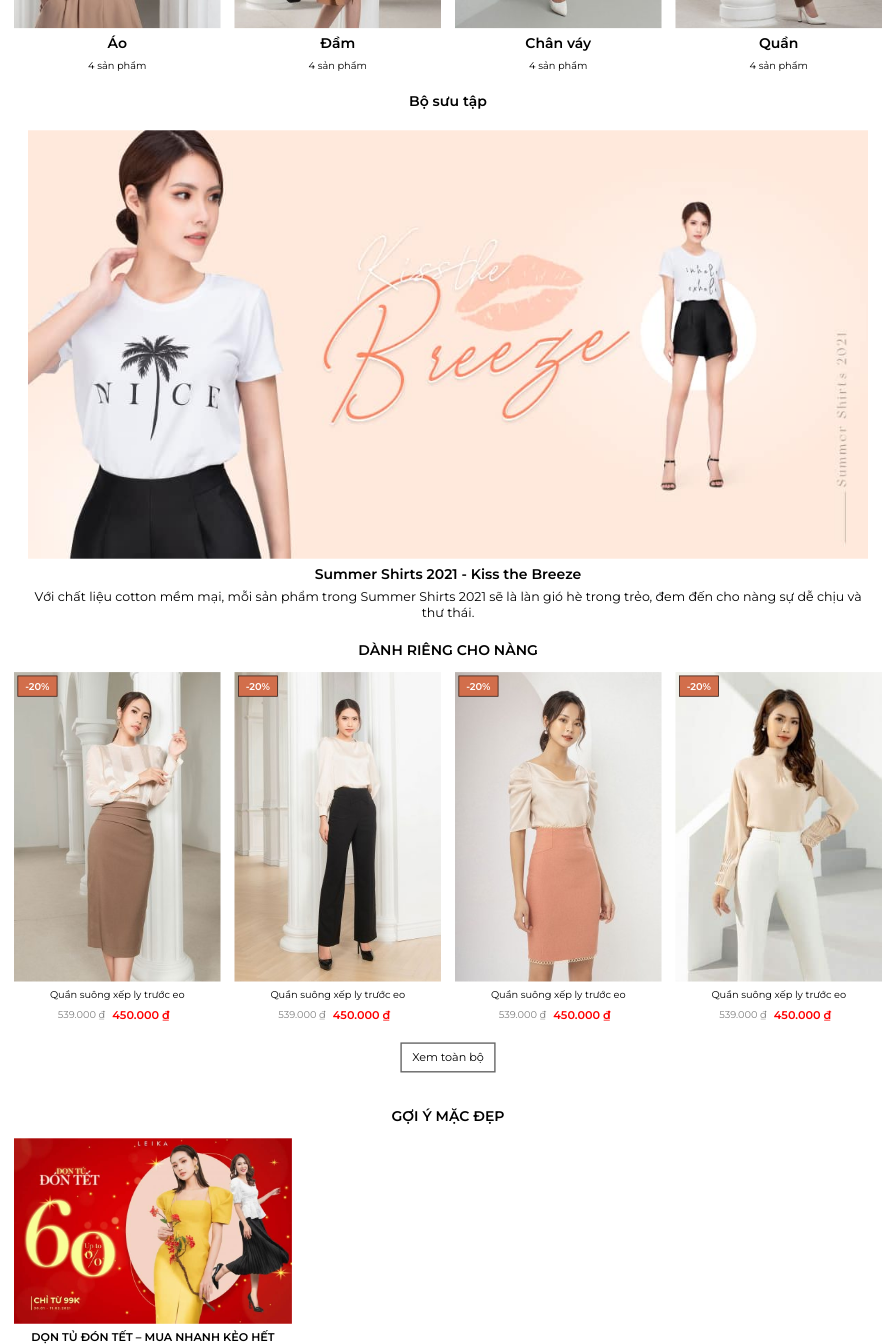
Repository: Nguyenductuan-dev/bt_j2team
Page: index.html
These files come from the project's save history. The page is drawn as it stood at one moment and after the next save; the edit follows.
The browser window is 1280 px wide. The pictures show the part of the page from y = 1783 to 3703 px (the page is 3703 px tall), at 70% of full size.

Above is the page before, as saved 2021-12-12 17:25:26.

### index.html
<!DOCTYPE html>
<html lang="en">
<head>
    <meta charset="UTF-8">
    <meta http-equiv="X-UA-Compatible" content="IE=edge">
    <meta name="viewport" content="width=device-width, initial-scale=1.0">
    <link rel="stylesheet" href="css/style.css">
    <link rel="stylesheet" href="./fonts/fontawesome-free-5.15.3-web/css/all.min.css">

    <link rel="preconnect" href="https://fonts.googleapis.com">
    <link rel="preconnect" href="https://fonts.gstatic.com" crossorigin>
    <link href="https://fonts.googleapis.com/css2?family=Montserrat:ital,wght@0,200;0,300;0,400;0,500;0,600;0,700;1,600&display=swap" rel="stylesheet">
    <title>Document</title>
</head>
<body>

    <div class="wrapper">

        <!-- HEADER -->
        <div class="header">

            <div class="header__logo">
                <a class="header__logo_link" href="">
                    <img class="header__logo_img" src="./images/logo.png" alt="">
                </a>
            </div>

            <nav class="header__navbar">
                <ul class="header__navbar_list">
                    <li class="header__navbar_item">
                        <a href="" class="header__navbar_link">Trang chủ</a>
                    </li>
                    <li class="header__navbar_item">
                        <a href="" class="header__navbar_link">Sản phẩm</a>
                    </li>
                    <li class="header__navbar_item">
                        <a href="" class="header__navbar_link">Khuyến mại</a>
                    </li>
                    <li class="header__navbar_item">
                        <a href="" class="header__navbar_link">Tin tức</a>
                    </li>
                    <li class="header__navbar_item">
                        <a href="" class="header__navbar_link">hệ thống cửa hàng</a>
                    </li>
                </ul>
            </nav>

            <div class="header__right">
                <div class="header__search">
                    <i class="fas fa-search header__search-icon"></i>
                </div>

                <div class="header__user">
                    <i class="fas fa-user header__user-icon"></i>
                </div>

                <div class="header__cart">
                    <div class="header__cart_price">
                        0 ₫
                    </div>
                    <div class="header__cart">
                        <i class="fas fa-shopping-cart header__cart_icon"></i>
                    </div>
                </div>
            </div>

        </div>

        <!-- CONTAINER -->
        <div class="container">

            <div class="banner">
                <div class="banner__link">
                    <img src="./images/banner.jpg" alt="" class="banner__img">
                </div>
            </div>
            <!-- Product -->
            <div class="home__product">
                <div class="home__product-heading">
                    <h3 class="home__product-heading-title">
                        TOP SẢN PHẨM MỚI
                    </h3>
                    <p class="home__product-heading-description">
                        Cô nàng hiện đại không thể bỏ lỡ
                    </p>
                </div>
                <div class="home__product-list">
                    <div class="home__product-item">
                        <a href="" class="home__product-item__link">
                            <img src="./images/product1.jpg" alt="" class="home__product-item__img">
                        </a>

                        <a href="">
                            <h3 class="home__product-item__title">
                                Quần suông xếp ly trước eo
                            </h3>
                        </a>
                        <div class="home__product-item__price">
                            <span class="home-product-item__price-old">539.000 ₫</span>
                            <span class="home-product-item__price-current">450.000 ₫</span>
                        </div>

                        <div class="home-product-item__sale-off">
                            <span>-20%</span>
                        </div>

                    </div>
                    <div class="home__product-item">
                        <a href="" class="home__product-item__link">
                            <img src="./images/product2.jpg" alt="" class="home__product-item__img">
                        </a>

                        <a href="">
                            <h3 class="home__product-item__title">
                                Quần suông xếp ly trước eo
                            </h3>
                        </a>
                        <div class="home__product-item__price">
                            <span class="home-product-item__price-old">539.000 ₫</span>
                            <span class="home-product-item__price-current">450.000 ₫</span>
                        </div>

                        <div class="home-product-item__sale-off">
                            <span>-20%</span>
                        </div>

                    </div>
                    <div class="home__product-item">
                        <a href="" class="home__product-item__link">
                            <img src="./images/product3.jpg" alt="" class="home__product-item__img">
                        </a>

                        <a href="">
                            <h3 class="home__product-item__title">
                                Quần suông xếp ly trước eo
                            </h3>
                        </a>
                        <div class="home__product-item__price">
                            <span class="home-product-item__price-old">539.000 ₫</span>
                            <span class="home-product-item__price-current">450.000 ₫</span>
                        </div>

                        <div class="home-product-item__sale-off">
                            <span>-20%</span>
                        </div>

                    </div>
                    <div class="home__product-item">
                        <a href="" class="home__product-item__link">
                            <img src="./images/product4.jpg" alt="" class="home__product-item__img">
                        </a>

                        <a href="">
                            <h3 class="home__product-item__title">
                                Quần suông xếp ly trước eo
                            </h3>
                        </a>
                        <div class="home__product-item__price">
                            <span class="home-product-item__price-old">539.000 ₫</span>
                            <span class="home-product-item__price-current">450.000 ₫</span>
                        </div>

                        <div class="home-product-item__sale-off">
                            <span>-20%</span>
                        </div>
                    </div>
                </div>

                <div class="home__product-total">
                    <a href="" class="home__product-total-link">Xem toàn bộ</a>
                </div>
            </div>

            <!-- Catalogue -->
            <div class="home__catalogue">
                <h3 class="home__catalogue-heading">
                    NHÓM SẢN PHẨM ĐƯỢC QUAN TÂM NHẤT
                </h3>

                <div class="home__catalogue-list">
                    <div class="home__catalogue-item">
                        <a class="home__catalogue-link" href="">
                            <img class="home__catalogue-img" src="./images/catalogue1.jpg" alt="">
                            <h3 class="home__catalogue-title">Áo</h3>
                            <p class="home__catalogue-quantily">4 sản phẩm</p>
                        </a>
                    </div>
                    <div class="home__catalogue-item">
                        <a class="home__catalogue-link" href="">
                            <img class="home__catalogue-img" src="./images/catalogue2.jpg" alt="">
                            <h3 class="home__catalogue-title">Đầm</h3>
                            <p class="home__catalogue-quantily">4 sản phẩm</p>
                        </a>
                    </div>
                    <div class="home__catalogue-item">
                        <a class="home__catalogue-link" href="">
                            <img class="home__catalogue-img" src="./images/catalogue3.jpg" alt="">
                            <h3 class="home__catalogue-title">Chân váy</h3>
                            <p class="home__catalogue-quantily">4 sản phẩm</p>
                        </a>
                    </div>
                    <div class="home__catalogue-item">
                        <a class="home__catalogue-link" href="">
                            <img class="home__catalogue-img" src="./images/catalogue4.jpg" alt="">
                            <h3 class="home__catalogue-title">Quần</h3>
                            <p class="home__catalogue-quantily">4 sản phẩm</p>
                        </a>
                    </div>
                </div>
            </div>

            <!-- Collection -->
            <div class="home__collection">
                <h3 class="home__collection-heading">
                    Bộ sưu tập
                </h3>
                <a href="" class="home__collection-link">
                    <img src="./images/banner2.jpg" alt="" class="home__collection-img">
                    <h3 class="home__collection-title">
                        Summer Shirts 2021 - Kiss the Breeze
                    </h3>
                    <p class="home__collection-description">
                        Với chất liệu cotton mềm mại, mỗi sản phẩm trong Summer Shirts 2021 sẽ là làn gió hè trong trẻo,
                        đem đến cho nàng sự dễ chịu và thư thái.
                    </p>
                </a>
            </div>

            <!-- Product -->
            <div class="home__product">
                <div class="home__product-heading">
                    <h3 class="home__product-heading-title">
                        DÀNH RIÊNG CHO NÀNG
                    </h3>
                </div>
                <div class="home__product-list">
                    <div class="home__product-item">
                        <a href="" class="home__product-item__link">
                            <img src="./images/product1.jpg" alt="" class="home__product-item__img">
                        </a>

                        <a href="">
                            <h3 class="home__product-item__title">
                                Quần suông xếp ly trước eo
                            </h3>
                        </a>
                        <div class="home__product-item__price">
                            <span class="home-product-item__price-old">539.000 ₫</span>
                            <span class="home-product-item__price-current">450.000 ₫</span>
                        </div>

                        <div class="home-product-item__sale-off">
                            <span>-20%</span>
                        </div>

                    </div>
                    <div class="home__product-item">
                        <a href="" class="home__product-item__link">
                            <img src="./images/product2.jpg" alt="" class="home__product-item__img">
                        </a>

                        <a href="">
                            <h3 class="home__product-item__title">
                                Quần suông xếp ly trước eo
                            </h3>
                        </a>
                        <div class="home__product-item__price">
                            <span class="home-product-item__price-old">539.000 ₫</span>
                            <span class="home-product-item__price-current">450.000 ₫</span>
                        </div>

                        <div class="home-product-item__sale-off">
                            <span>-20%</span>
                        </div>

                    </div>
                    <div class="home__product-item">
                        <a href="" class="home__product-item__link">
                            <img src="./images/product3.jpg" alt="" class="home__product-item__img">
                        </a>

                        <a href="">
                            <h3 class="home__product-item__title">
                                Quần suông xếp ly trước eo
                            </h3>
                        </a>
                        <div class="home__product-item__price">
                            <span class="home-product-item__price-old">539.000 ₫</span>
                            <span class="home-product-item__price-current">450.000 ₫</span>
                        </div>

                        <div class="home-product-item__sale-off">
                            <span>-20%</span>
                        </div>

                    </div>
                    <div class="home__product-item">
                        <a href="" class="home__product-item__link">
                            <img src="./images/product4.jpg" alt="" class="home__product-item__img">
                        </a>

                        <a href="">
                            <h3 class="home__product-item__title">
                                Quần suông xếp ly trước eo
                            </h3>
                        </a>
                        <div class="home__product-item__price">
                            <span class="home-product-item__price-old">539.000 ₫</span>
                            <span class="home-product-item__price-current">450.000 ₫</span>
                        </div>

                        <div class="home-product-item__sale-off">
                            <span>-20%</span>
                        </div>
                    </div>
                </div>

                <div class="home__product-total">
                    <a href="" class="home__product-total-link">Xem toàn bộ</a>
                </div>
            </div>

            <!-- BLOG -->
            <div class="home__blog">

                <h3 class="home__blog-heading">
                    Gợi ý mặc đẹp
                </h3>

                <div class="home__blog-list">
                    <a href="" class="home__blog-item">
                        <img src="./images/blog1.jpg" alt="" class="home__blog-img">
                        <h3 class="home__blog-title">
                            DỌN TỦ ĐÓN TẾT – MUA NHANH KẺO HẾT
                        </h3>
                    </a>
                </div>
            </div>
        </div>

    </div>

    <script src="javascript/main.js"></script>
</body>
</html>

### css/style.css
* {
    margin: 0;
    padding: 0;
    box-sizing: border-box;
    outline: 0;
}

img {
    display: block;
    max-width: 100%;
    margin: 0;
}

a {
    text-decoration: none;
    color: inherit;
}

h1, h2, h3, h4, h5, h6 {
    font-size: 14px;
    font-weight: 400;
}

p, ul {
    margin: 0;
    padding: 0;
}

body {
    font-family: "Montserrat", sans-serif;
    font-weight: 400;
    font-size: 14px;
}


.header {
    display: flex;
    justify-content: space-between;
    align-items: center;
    padding: 20px;
    flex-wrap: wrap;
    border-bottom: 1px solid #ccc;
}
.header__navbar {
    flex: 1;
}

.header__navbar_list {
    display: flex;
    list-style: none;
    font-size: 14px;
    text-transform: uppercase;
    font-weight: 600;
}
.header__navbar_item {
    padding: 0 20px;
}

.header__right {
    display: flex;
    justify-content: space-between;
    flex-wrap: wrap;
    width: 150px;
    align-items: center;
}

.header__search-icon,
.header__user-icon,
.header__cart_icon{
    font-size: 20px;
    font-weight: 300;
}
.header__cart {
    display: flex;
    justify-content: space-between;

}
.header__user {
    padding: 3px 15px;
    border-left: 1px solid #ccc;
    border-right: 1px solid #ccc;

}
.header__cart_price {
    padding: 0 5px;
    font-size: 14px;
}

/* CONTAINER */
.home__product {
    margin-top: 30px;
}
.home__product-heading {
    text-align: center;
}
.home__product-heading-title {
    font-size: 20px;
    font-weight: 600;
    text-transform: uppercase;
    margin-bottom: 10px;
}

.home__product-heading-description {
    font-size: 16px;
}

.home__product-list {
    margin-top:  20px;
    display: grid;
    grid-template-columns: 1fr 1fr 1fr 1fr;
    grid-gap: 20px;
    padding: 0 20px;
}
.home__product-item {
    position: relative;
}
.home__product-item__img {
    width: 100%;
    margin-bottom: 10px;
}
.home__product-item__title {
    font-size: 14px;
    text-align: center;
    margin-bottom: 10px;
}

.home__product-item__price {
    display: flex;
    justify-content: center;
}
.home-product-item__price-old {
    font-size: 14px;
    color: gray;
}
.home-product-item__price-current {
    font-size: 16px;
    color: red;
    font-weight: 600;
    padding: 0 10px;
}
.home-product-item__sale-off {
    position:absolute;
    top:5px;
    left: 5px;
    padding: 5px 10px;
    background-color: #d26e4b;
    color: #fff;
    font-weight: 600;
    border: 1px solid #222;
}
.home__product-total {
    margin-top: 30px;
    text-align: center;
}
.home__product-total-link {
    display: inline-block;
    font-size: 16px;
    padding: 10px 15px;
    border: 2px solid #666;
}

/* CATALOGUE */

.home__catalogue {
    margin-top: 50px;
}

.home__catalogue-heading {
    text-align: center;
    font-size: 20px;
    font-weight: 600;
}
.home__catalogue-list {
    margin-top:  20px;
    display: grid;
    grid-template-columns: 1fr 1fr 1fr 1fr;
    grid-gap: 20px;
    padding: 0 20px;
}
.home__catalogue-link {
    display: block;
}
.home__catalogue-img {
    width: 100%;
    margin-bottom: 10px;
}
.home__catalogue-title {
    font-size: 20px;
    font-weight: 600;
    text-align: center;
    margin-bottom: 10px;

}
.home__catalogue-quantily {
    text-align: center;
    font-size: 14px;
}

/* COLECTTION */
.home__collection {
    max-width: 1200px;
    margin: 30px auto;
}
.home__collection-heading {
    font-size: 20px;
    font-weight: 600;
    text-align: center;
}
.home__collection-link {
    display: block;
    margin-top: 30px;
}
.home__collection-img {
    width: 100%;
    margin-bottom: 10px;
}
.home__collection-title {
    font-weight: 600;
    font-size: 20px;
    text-align: center;
    margin-bottom: 10px;
}
.home__collection-description {
    font-size: 18px;
    text-align: center;
}
.home__blog {
    margin-top: 50px;
}
.home__blog-heading {
    font-size: 20px;
    font-weight: 600;
    text-align: center;
    text-transform: uppercase;
    margin-bottom: 20px;
}
.home__blog-list {
    display: flex;
    justify-content: space-between;
    padding: 0 20px;
}
.home__blog-item {
    width: 32%;
    display: block;
}
.home__blog-img {
    width: 100%;
    margin-bottom: 10px;
}
.home__blog-title {
    font-size: 16px;
    font-weight: 600;
    text-align: center;
}

Loaded but not shown: fonts/fontawesome-free-5.15.3-web/css/all.min.css (library); javascript/main.js (no stored copy; drawn as an empty file)

After the next save:
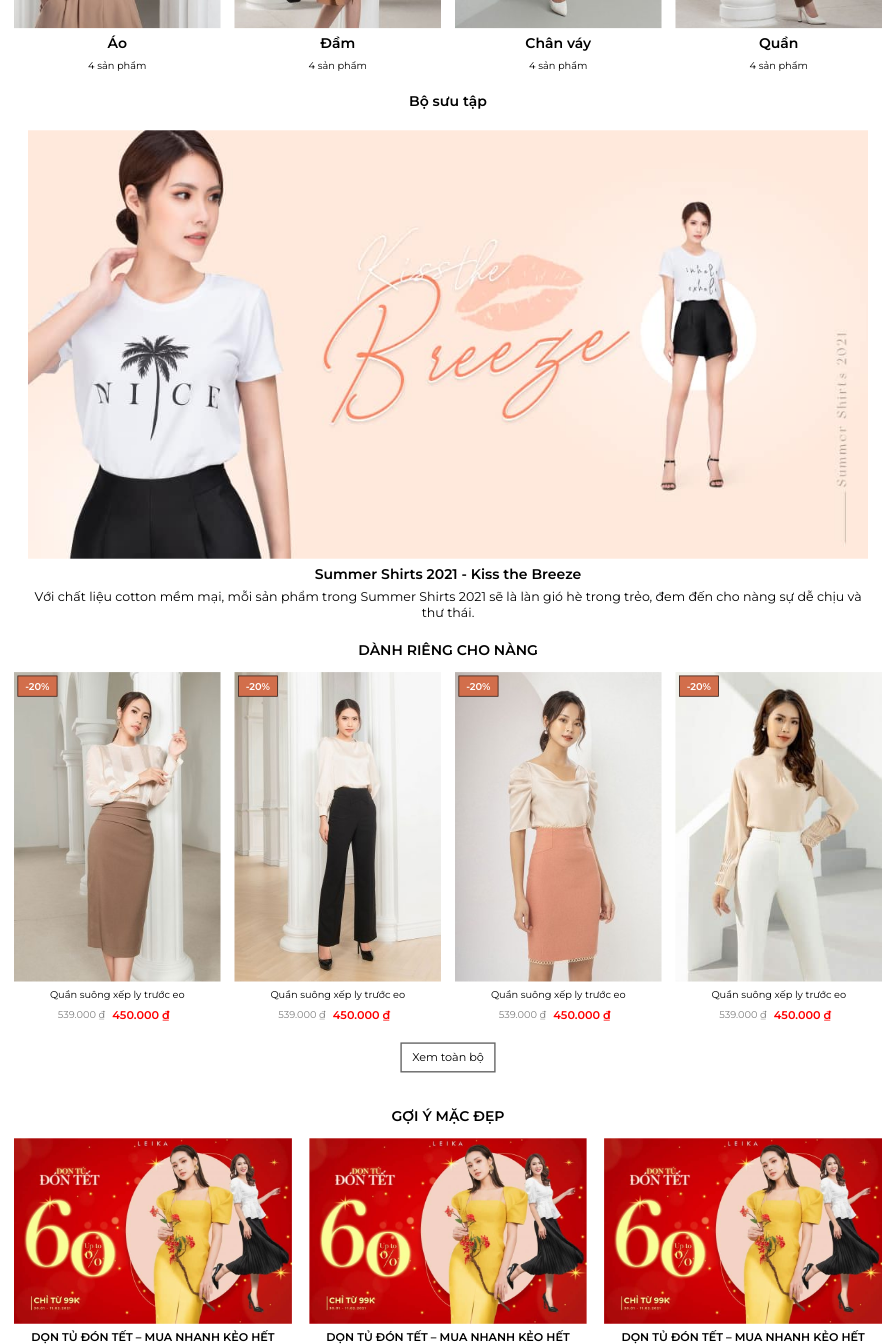
Saved 12 s later.
--- a/index.html
+++ b/index.html
@@ -334,6 +334,18 @@
                             DỌN TỦ ĐÓN TẾT – MUA NHANH KẺO HẾT
                         </h3>
                     </a>
+                    <a href="" class="home__blog-item">
+                        <img src="./images/blog1.jpg" alt="" class="home__blog-img">
+                        <h3 class="home__blog-title">
+                            DỌN TỦ ĐÓN TẾT – MUA NHANH KẺO HẾT
+                        </h3>
+                    </a>
+                    <a href="" class="home__blog-item">
+                        <img src="./images/blog1.jpg" alt="" class="home__blog-img">
+                        <h3 class="home__blog-title">
+                            DỌN TỦ ĐÓN TẾT – MUA NHANH KẺO HẾT
+                        </h3>
+                    </a>
                 </div>
             </div>
         </div>
